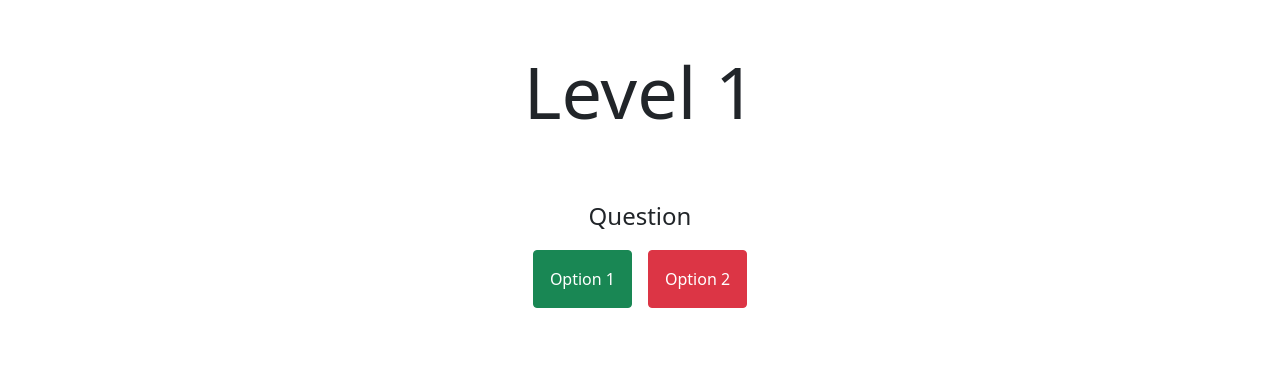
Repository: sreeramkongeseri/QuestionGame
Page: public/level1.html
An editor plug-in stored every save of this project. The page is shown before and after the next save, followed by the edit.
The browser window is 1280 px wide. The pictures show the whole page.
The page's requests for data from a server got no answer.

Above is the page before, as saved 2021-07-20 18:23:31.

After the next save:
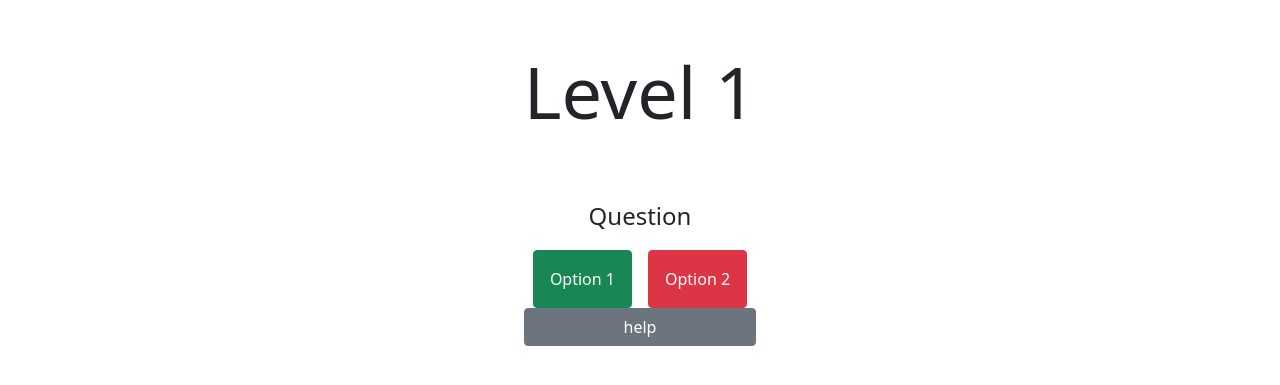
Saved 34 s later.
--- a/public/level1.html
+++ b/public/level1.html
@@ -47,6 +47,10 @@
 
             <a id='next' href='level2.html' role='button' class='btn btn-primary align-self-center d-none' width=50px>continue</a>
 
+            <!-- Button trigger modal -->
+            <button type="button" class="btn btn-secondary" data-bs-toggle="modal" data-bs-target="#exampleModal">
+                help
+            </button>
             <div class="modal" tabindex="-1">
                 <div class="modal-dialog">
                   <div class="modal-content">
